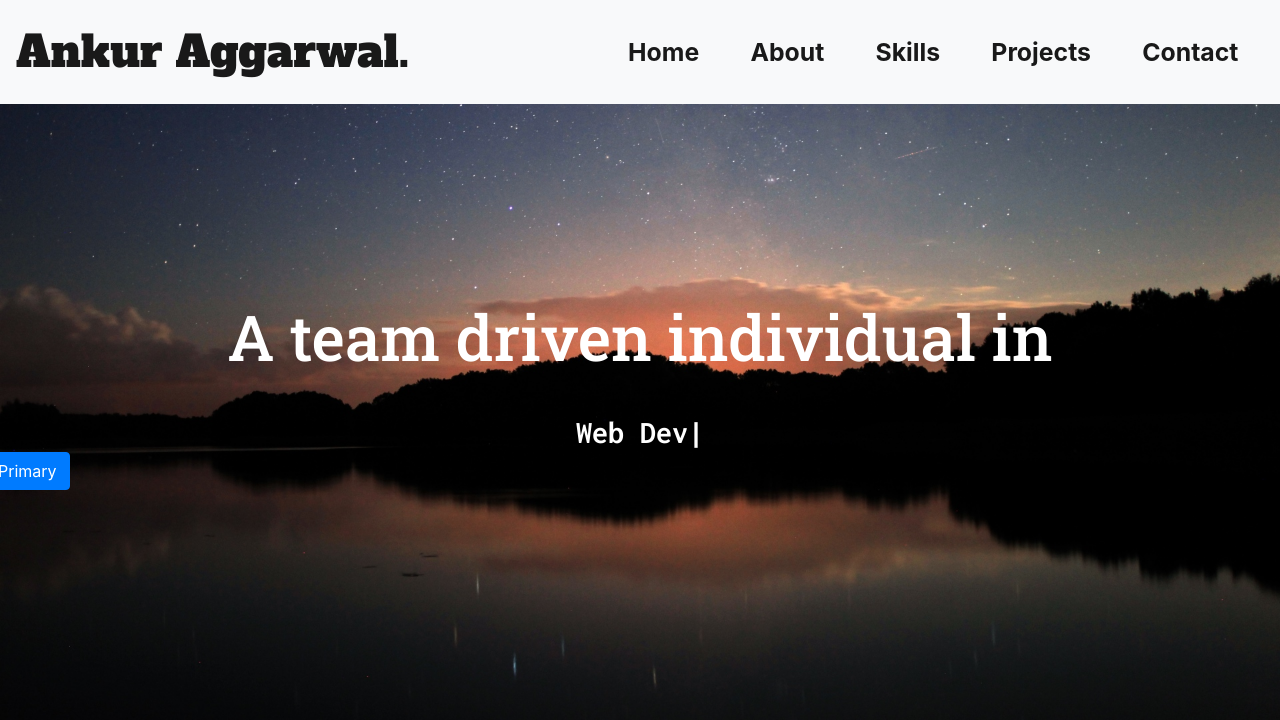
Repository: AnkurDevv/PersonalWebsite
Page: index.html
These files come from the project's save history. The page is drawn as it stood at one moment and after the next save; the edit follows.
The browser window is 1280 px wide. The pictures show the whole page.
Some web fonts or font styles are not loaded; a fallback is used.

Above is the page before, as saved 2020-09-13 14:55:42.

After the next save:
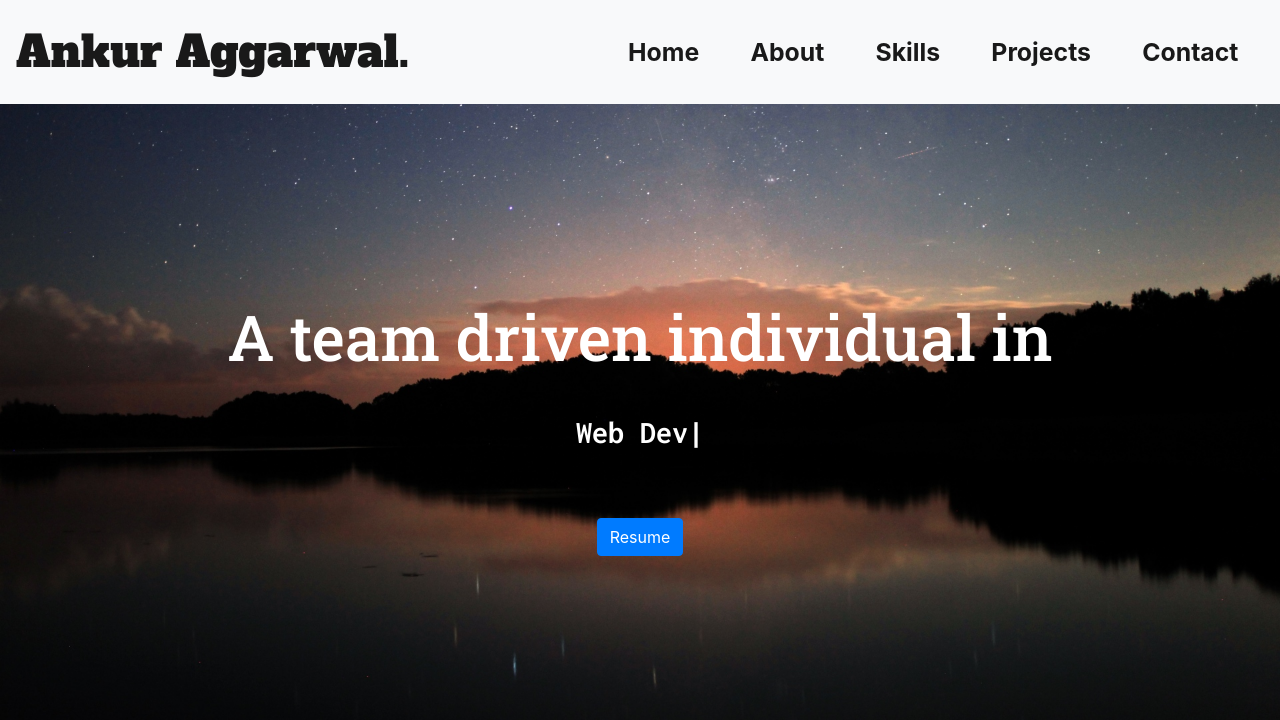
Saved 9 s later.
--- a/index.html
+++ b/index.html
@@ -76,7 +76,7 @@
         </h3>
       </div>
       <div class="row" id="ResumeDiv">
-        <button type="button" class="btn btn-primary">Primary</button>
+        <button type="button" class="btn btn-primary" id="ResumeBtn">Resume</button>
       </div>
     </section>
     <!-- FIRST IMPRESSION SECTION - END -->
